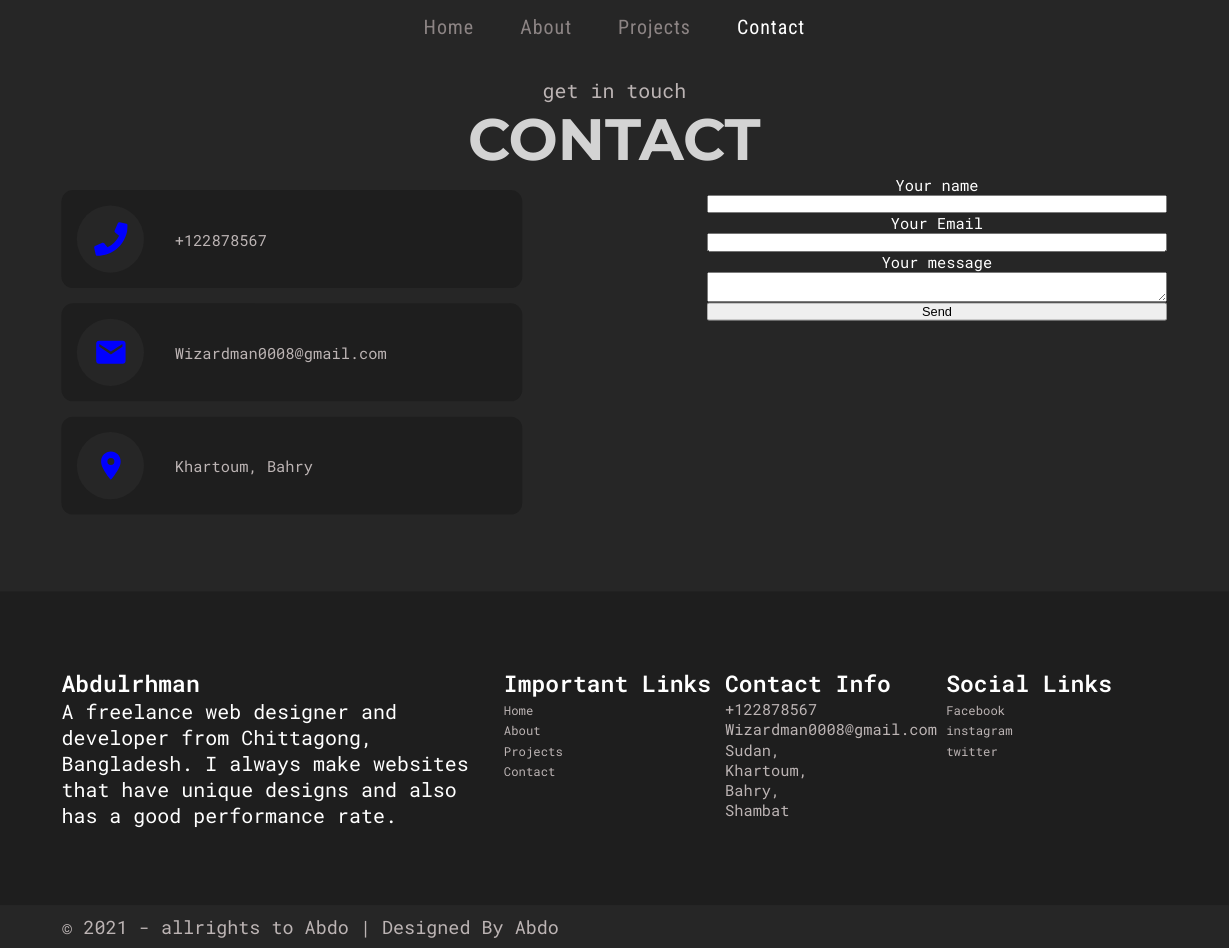
Repository: Abdoulrhman-altyeb/React-Typescript
Page: /contact
The author's editor kept a copy of each file at every save. The page is drawn from the files as they stood at one save, then again after the next save.
The browser window is 1280 px wide. The pictures show the whole page, at 96% of full size.
The project was rebuilt for these pictures with package versions that can differ from the ones it lists, and the page was loaded fresh each time. Also part of the build but not shown: src/components/Button.tsx, src/components/ContactButton.tsx, src/components/HeroSection.tsx, src/components/AboutSection.tsx, src/assits/data/Services.ts, src/components/ServiceItems.tsx, src/components/ServicesSection.tsx, src/components/ProjectsSection.tsx and 3 more.

Above is the page before, as saved 2021-05-20 17:53:18.

### public/index.html
<!DOCTYPE html>
<html lang="en">

<head>
  <meta charset="utf-8" />
  <meta name="viewport" content="width=device-width, initial-scale=1" />
  <meta name="theme-color" content="#000000" />
  <meta name="description" content="IT Guys Community" />
  <link rel="preconnect" href="https://fonts.gstatic.com">
  <link href="https://fonts.googleapis.com/css2?family=Roboto:wght@300;400;500;700&display=swap" rel="stylesheet">
  <link rel="preconnect" href="https://fonts.gstatic.com">
<link href="https://fonts.googleapis.com/css2?family=Montserrat:wght@200;300;400;500;700&display=swap" rel="stylesheet">
<link rel="preconnect" href="https://fonts.gstatic.com">
<link href="https://fonts.googleapis.com/css2?family=Roboto+Mono:wght@200;300;400;500;600&display=swap" rel="stylesheet">
<link rel="preconnect" href="https://fonts.gstatic.com">
<link href="https://fonts.googleapis.com/css2?family=Roboto+Condensed:wght@400;700&display=swap" rel="stylesheet">
  <title>App Lab</title>
</head>

<body>
  <noscript>You need to enable JavaScript to run this app.</noscript>
  <div id="root"></div>
</body>

</html>

### src/index.tsx
import ReactDOM from "react-dom";
import App from "./App";
import './assits/styles/style.css'

ReactDOM.render(<App/>,document.getElementById("root"));

### src/App.tsx
import React from "react";
import NavBar from './components/NavBar';
import { BrowserRouter as Router, Route, Switch } from 'react-router-dom'
import Home from "./Pages/Home";
import Contact from "./Pages/Contact";
import About from "./Pages/About";
import Projects from "./Pages/Projects";


const App: React.FC = () => {



  return (
    <>
      <Router>
        <NavBar />
        <Switch>
          <Route  path='/' exact>
            <Home />
          </Route>
          <Route path="/contact">
            <Contact />
          </Route>
          <Route path='/about'>
            <About />
          </Route>
          <Route path='/projects'>
              <Projects/>
          </Route>
        </Switch>
      </Router>
    </>
  )
}

export default App;

### src/assits/styles/style.css
* {
    padding:0;
    margin:0;
    box-sizing:border-box;
    scroll-behavior: auto;
}

body {
    background:#262626;
    color:white;
    font-family: 'Roboto Mono', monospace;
}
::-webkit-scrollbar-track {
    background: #1E1E1E;
}
::-webkit-scrollbar {
    width: 8px;
}
::-webkit-scrollbar-thumb {
    background: #888;
    border-radius: 20px;
}




img,svg{
    width: 100%;
    height:100%;
    object-fit: cover;
}
.container {
    width:90%;
    max-width:1200px;
    margin: 0 auto;
}

.hero__img {
    height:600px;
}
ul {
    list-style: none;
}
p, h1, span,h3,a {
    color:#BCB4B4
}
a {
    text-decoration: none;
    font-size:0.8rem;
}

### src/components/NavBar.tsx
import React,{useState} from 'react';
import styled from 'styled-components';
import { NavLink } from 'react-router-dom';
import { BiMenu, BiX } from 'react-icons/bi';


const NavBar: React.FC = () => {

    const [isActive, setIsActive] = useState<boolean>(false);

    return (
        <NavBarContainer>
            <div className="hamburgerMenu"
                onClick={() => setIsActive(!isActive)}
                role='button'
                tabIndex={0}
                onKeyDown={() => setIsActive(!isActive)}
            >
                <BiMenu/>
            </div>
            <ul className={isActive ? 'ListItems' : 'ListItems hide-items'}>
                <div className='closeMenu'
                    onClick={() => setIsActive(!isActive)}
                    role='button'
                    tabIndex={0}
                    onKeyDown={() => setIsActive(!isActive)}
                >
                    <BiX/>
                </div>
                <li>
                    <NavLink to='/' exact>
                     Home
                    </NavLink>
                </li>
                <li>
                    <NavLink to="/about">
                        About
                    </NavLink>
                </li>
                <li>
                    <NavLink to='projects'>
                        Projects
                    </NavLink>
                </li>
                <li>
                    <NavLink to='contact'>
                        Contact
                    </NavLink>
                </li>
            </ul>
        </NavBarContainer>
    )
}

const NavBarContainer = styled.nav`
    position: fixed;
    z-index:100;
    top:0;
    left:0;
    background-color:#262626;
    font-family: 'Roboto Condensed', sans-serif;
    width:100%;
    ul {
        width:90%;
        max-width:1200px;
        justify-content:center;
        text-align:center;
        margin:0 auto;
        border-radius:12px;
    }
    li {
        display:inline-block;
        cursor:pointer;
    }
    a {
        display:inline-block;
        padding:1rem 1.5rem;
        font-size:1.3rem;
        color:#8c8484;
        letter-spacing: 1px;
        transition:0.3s ease color;
        /* &:hover {
            color:#726f6f;
        } */
    }
    .active {
        color:white;
    }

    .hamburgerMenu {
        font-size:2rem;
        position:absolute;
        top:1rem;
        right:1rem;
        color:white;
        display:none;
        * {
            pointer-events:none;
        }
    }
    .closeMenu{
        display:none;
    }
    @media only screen and (max-width:768px) {
        .hide-items{
            transform: translateY(calc(-100% - 1rem))
        }
        .hamburgerMenu{
            display:block;
        }
        .ListItems {
            width:80%;
            max-width:230px;
            position:absolute;
            top:1rem;
            right:1rem;
            background:#1E1E1E;
            padding:1rem;
            transition: 0.3s ease transform;

            .closeMenu {
                color:white;
                font-size:1.5rem;
                width:1rem;
                margin: 0 0 0 auto;
                cursor: pointer;
                display:block;
                *{
                    pointer-events:none;
                }
            }
        }
        li {
            display:block;
            margin-bottom:1rem;
        }
        a {
            /* padding:1rem; */
            padding:0.2rem;
            outline:none;
        }
    }
`;



export default NavBar;

### src/Pages/Contact.tsx
import React from 'react';
import ContactSection from '../components/ContactSecion';
import FooterSection from '../components/FooterSection';

const Contact: React.FC = () => {
    return (
        <>
            <ContactSection/>
            <FooterSection/>
        </>
    )
}

export default Contact;

### src/components/FooterSection.tsx
import React from 'react';
import styled from 'styled-components';
import PaText from './PaText';
import { Link } from 'react-router-dom';

const FooterSection: React.FC = () => {
    return (
        <>
            <StyledDiv>
                <div className="container">
                    <div className="info">
                        <h2>Abdulrhman</h2>
                        <PaText>
                            A freelance web designer and developer from Chittagong,
                            Bangladesh. I always make websites that have unique designs
                            and also has a good performance rate.
                        </PaText>
                    </div>
                    <div className="pages">
                        <h2>Important Links</h2>
                        <ul>
                            <li>
                                <Link to="/">Home</Link>
                            </li>
                            <li>
                                <Link to="/">About</Link>
                            </li>
                            <li>
                                <Link to="/">Projects</Link>
                            </li>
                            <li>
                                <Link to="/">Contact</Link>
                            </li>
                        </ul>
                    </div>
                    <div className="contact_info">
                        <h2>Contact Info</h2>
                        <ul>
                            <li><p>+122878567</p></li>
                            <li><p>Wizardman0008@gmail.com</p></li>
                            <li><p>Sudan,<br></br>Khartoum,<br></br>Bahry,<br></br>Shambat</p></li>
                        </ul>
                    </div>
                    <div className="social_Links">
                        <h2>Social Links</h2>
                        <ul>
                            <li><a href="https://facebook.com" rel='noreferrer'>Facebook</a></li>
                        </ul>
                        <ul>
                            <li><a href="https://instagram.com" rel='noreferrer'>instagram</a></li>
                        </ul>
                        <ul>
                            <li><a href="https://twitter.com" rel='noreferrer'>twitter</a></li>
                        </ul>
                    </div>
                </div>
            </StyledDiv>
            <StyledCopyright>
                <div className="container">
                    <p>© 2021 - allrights to Abdo  | Designed By Abdo</p>
                </div>
            </StyledCopyright>
        </>

    )
}

const StyledDiv = styled.div`
    background:#1E1E1E;
    padding:5rem 0 ;
    .container{
        display:flex;
    }
    .info{
        flex:2;
    }
    .contact_info,
    .pages,
    .social_Links{
        flex:1;
    }
    @media only screen and (max-width:768px) {
        .container{
            flex-direction:column;
        }
    }
`;
const StyledCopyright = styled.div`
    background:#262626;
    padding:10px 0;
    p{
        font-size:1.2rem;
    }

    @media only screen and (max-width:768px) {
        p{
            font-size:0.9rem;
            width:100%;
        }
    }
`;

export default FooterSection

### src/components/ContactSecion.tsx
import React from 'react';
import styled from 'styled-components';
import SectionsTitle from './SectionsTitle';
import { FaPhone } from 'react-icons/fa';
import { IoMdMail } from 'react-icons/io';
import {MdLocationOn} from 'react-icons/md'

const ContactSection: React.FC = () => {
    return (
        <StyledDiv>
            <div className="container">
                <SectionsTitle title='contact' semiTitle='get in touch' />
                <div className="contact-me">
                    <div className="contact-info">
                        <div className="phone">
                            <div className="icon">
                                <FaPhone/>
                            </div>
                            <span> +122878567</span>
                        </div>
                        <div className="mail">
                            <div className="icon">
                                <IoMdMail/>
                            </div>
                            <span>Wizardman0008@gmail.com</span>
                        </div>
                        <div className="location">
                            <div className="icon">
                                <MdLocationOn/>
                            </div>
                            <span>Khartoum, Bahry</span>
                        </div>
                    </div>
                    <div className="linebetween"></div>
                    <form className='form-contact'>
                        <label htmlFor="name">Your name</label>
                        <input className='name' type="text" id='name' />
                        <label htmlFor="email">Your Email</label>
                        <input type="email" id="email" />
                        <label htmlFor="message">Your message</label>
                        <textarea id="message"></textarea>
                        <button type='submit'>Send</button>
                    </form>
                </div>
            </div>
        </StyledDiv>
    )
}
const StyledDiv = styled.div`
    padding:5rem 0;
    text-align: center;
    .container{
        display: flex;
        flex-direction:column;
    }
    .title{
        p{
            font-size:1.3rem;
        }
        h2{
            font-size:3.8rem;
            margin-top:0;
        }
    }
    .contact-me{
        display: flex;
        gap:6rem;
    }
    .contact-info{
        flex:1;
    }
    .phone,
    .mail,
    .location{
        width:100%;
        background:#1E1E1E;
        margin-top:1rem;
        padding:1rem;
        border-radius:12px;
        display: flex;
        align-items: center;
    }
    .icon{
        width:70px;
        height:70px;
        border-radius: 50%;
        display: flex;
        justify-content: center;
        align-items:center;
        margin-right:2rem;
        background:#262626;
    }
    .icon svg{
        width:50%;
        fill: blue;
    }


    .form-contact{
        flex:1;
        display: flex;
        flex-direction:column;
    }
`;

export default ContactSection;

### src/components/PaText.tsx
import styled from 'styled-components'

const PaText: React.FC = ({children}) => {

    return (
        <TextContainer className='par'>
            {children}
        </TextContainer>
    )
}

const TextContainer = styled.div`
    max-width:500px;
    margin:0 auto;
    line-height:1.3em;
    font-family: 'Roboto Mono', monospace;
    font-size:1.3rem;
    @media only screen and (max-width:768px) {
        font-size:1.1rem;
    }
`;

export default PaText

### src/components/SectionsTitle.tsx
import React from 'react';
import styled from 'styled-components';

const SectionsTitle:React.FC<SectionTitle> = ({title,semiTitle}) => {
    return (
        <StyledSectionTitle className='title'>
            <p>{semiTitle}</p>
            <h2>{title}</h2>
        </StyledSectionTitle>
    )
}

const StyledSectionTitle = styled.div`
    P{
        font-size:1.5rem;
    }
    h2{
        font-size:3.8rem;
        font-family: 'Montserrat', sans-serif;
        text-transform:uppercase;
        margin-top:0.7rem;
        color:lightgray;
    }
    @media only screen and (max-width:768px){
        p{
            font-size:1rem;
        }
        h2{
            font-size:2rem;

        }
    }
`;

export default SectionsTitle;

After the next save:
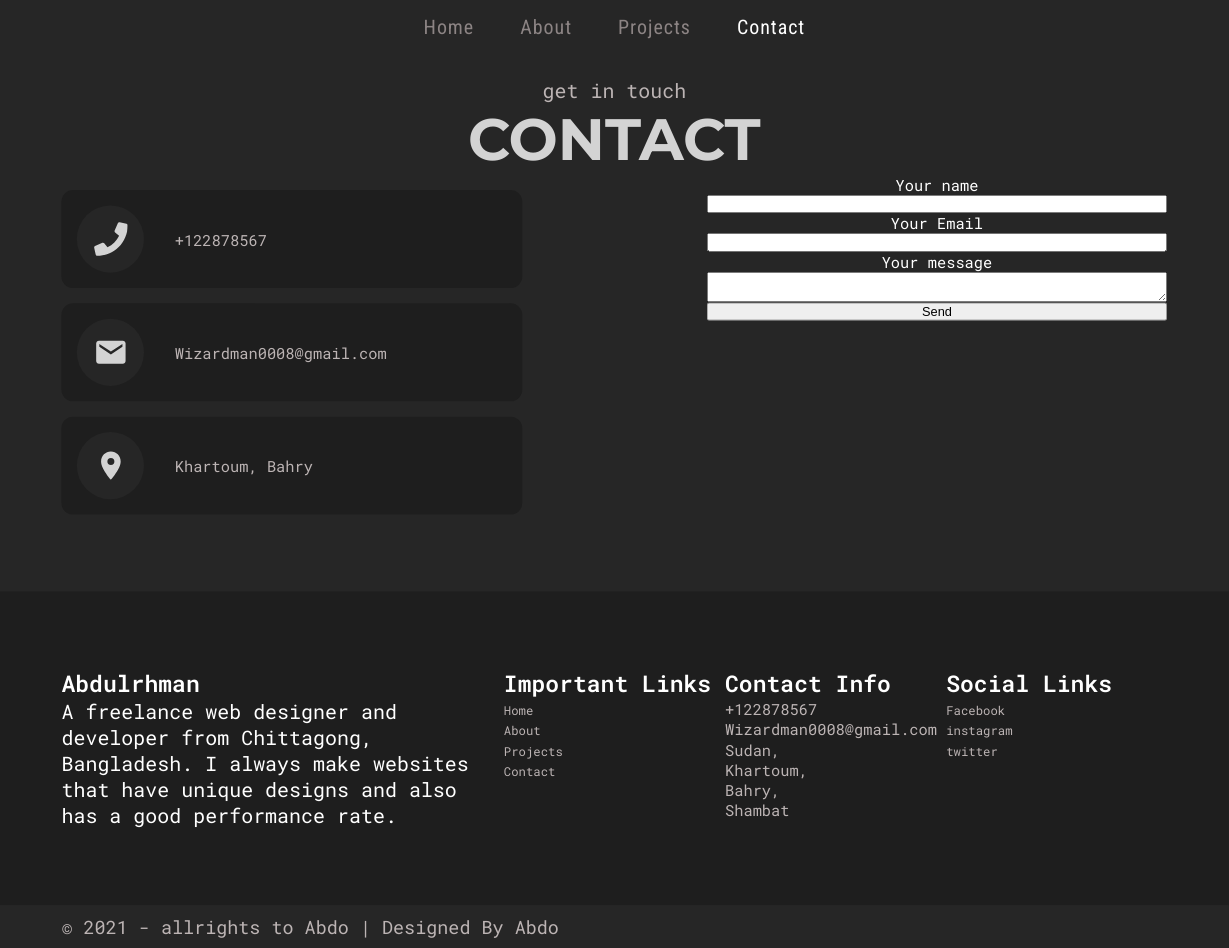
Saved 4 s later.
--- a/src/components/ContactSecion.tsx
+++ b/src/components/ContactSecion.tsx
@@ -92,7 +92,7 @@ const StyledDiv = styled.div`
     }
     .icon svg{
         width:50%;
-        fill: blue;
+        fill: lightgray;
     }
 
 
